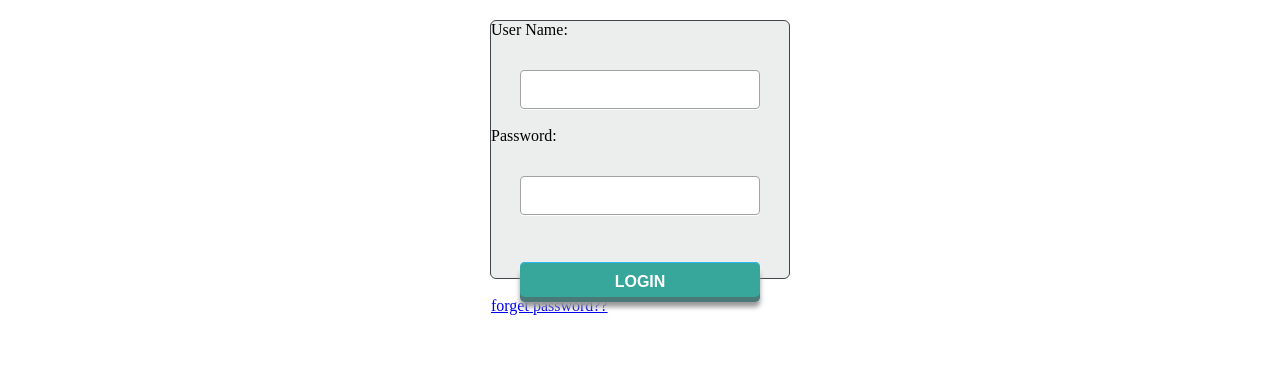
Repository: AmritOjha01/sms
Page: http://localhost/StudentManagementSystem/UserController?action=listUser
An editor plug-in stored every save of this project. The page is shown before and after the next save, followed by the edit.
The browser window is 1280 px wide. The pictures show the whole page.
The page is served by Tomcat 9. Other server files are loaded and not shown.

Above is the page before, as saved 2017-03-27 11:32:44.

### StudentManagementSystem/WebContent/login.jsp
<%@ page language="java" contentType="text/html; charset=ISO-8859-1"
	pageEncoding="ISO-8859-1"%>
<!DOCTYPE html PUBLIC "-//W3C//DTD HTML 4.01 Transitional//EN" "http://www.w3.org/TR/html4/loose.dtd">
<html>
<head>
<meta http-equiv="Content-Type" content="text/html; charset=ISO-8859-1">
<title>Insert title here</title>
<link rel="stylesheet" type="text/css"
	href="resources/customcss/demo.css">
</head>
<body>
	<div class="login">
		<form action="LoginController" method="post">
			User Name: <input type="text" name="uName" class="css-style "><br>
			<br> Password: <input type="password" name="pass"
				class="css-style "><br> <br> <input type="submit"
				value="Login"> <a href="LoginController?action=getpassword">forget
				password??</a>
		</form>
	</div>
</body>
</html>

### StudentManagementSystem/src/com/krishna/sis/controller/UserController.java
package com.krishna.sis.controller;

import java.io.IOException;
import java.text.ParseException;
import java.text.SimpleDateFormat;
import java.util.Date;

import javax.servlet.RequestDispatcher;
import javax.servlet.ServletException;
import javax.servlet.annotation.WebServlet;
import javax.servlet.http.HttpServlet;
import javax.servlet.http.HttpServletRequest;
import javax.servlet.http.HttpServletResponse;
import javax.servlet.http.HttpSession;

import com.krishna.sis.dto.UserDTO;
import com.krishna.sis.service.UserService;
import com.krishna.sis.service.UserServiceImpl;
import com.krishna.sis.util.EmailUtility;

@WebServlet("/UserController")
public class UserController extends HttpServlet {
	private static final long serialVersionUID = 1L;
	private static String INSERT_OR_EDIT = "/userCreate.jsp";
	private static String LIST_USER = "/userList.jsp";
	private static String LOGIN = "/login.jsp";
	private static String PREVIOUS_PWD = "/previousUserPassword.jsp";

	private UserService userService;

	public UserController() {
		super();
		userService = new UserServiceImpl();
	}

	protected void doGet(HttpServletRequest request, HttpServletResponse response)
			throws ServletException, IOException {
		String forward = "";
		String name = "";
		HttpSession session = request.getSession(false);
		if (session != null)
			name = (String) session.getAttribute("uname");
		else
			name = null;
		if (name != null) {
			String action = request.getParameter("action");

			if (action.equalsIgnoreCase("delete")) {
				int userId = Integer.parseInt(request.getParameter("userid"));
				userService.deleteUser(userId);
				forward = LIST_USER;
				request.setAttribute("users", userService.getAllUsers());
			} else if (action.equalsIgnoreCase("edit")) {
				forward = INSERT_OR_EDIT;
				int userId = Integer.parseInt(request.getParameter("userid"));
				UserDTO user = userService.getUserById(userId);
				request.setAttribute("user", user);
			} else if (action.equalsIgnoreCase("listUser")) {
				forward = LIST_USER;
				request.setAttribute("users", userService.getAllUsers());
			} else if (action.equalsIgnoreCase("insert")) {
				forward = INSERT_OR_EDIT;
			} else {
				forward = PREVIOUS_PWD;

			}
		} else {
			forward = LOGIN;
		}
		RequestDispatcher view = request.getRequestDispatcher(forward);
		view.forward(request, response);
	}

	protected void doPost(HttpServletRequest request, HttpServletResponse response)
			throws ServletException, IOException {
		UserDTO userDTO = new UserDTO();
		userDTO.setFirstName(request.getParameter("firstName"));
		userDTO.setLastName(request.getParameter("lastName"));
		userDTO.setUsername(request.getParameter("username"));
		userDTO.setPassword(request.getParameter("password"));
		String dateOfBirth = request.getParameter("dob");
		try {
			Date dob = new SimpleDateFormat("yyyy-MM-dd").parse(dateOfBirth);
			userDTO.setDob(dob);
		} catch (ParseException e) {
			e.printStackTrace();
		}
		userDTO.setEmail(request.getParameter("email"));
		String userid = request.getParameter("userid");
		if (userid == null || userid.isEmpty()) {
			userService.saveUser(userDTO);
			EmailUtility.sendEmail(userDTO.getPassword());
		} else {
			userDTO.setUserId(Integer.parseInt(userid));
			userService.updateUser(userDTO);
		}

		RequestDispatcher view = request.getRequestDispatcher(LIST_USER);
		request.setAttribute("users", userService.getAllUsers());
		view.forward(request, response);
	}
}

### StudentManagementSystem/src/com/krishna/sis/service/UserServiceImpl.java
package com.krishna.sis.service;

import java.util.List;

import com.krishna.sis.dao.UserDao;
import com.krishna.sis.dao.UserDaoImpl;
import com.krishna.sis.dto.UserDTO;

public class UserServiceImpl implements UserService {

	UserDao userDao = new UserDaoImpl();

	@Override
	public boolean saveUser(UserDTO userDTO) {
		return userDao.saveUser(userDTO);
	}

	@Override
	public boolean updateUser(UserDTO userDTO) {
		return userDao.updateUser(userDTO);
	}

	@Override
	public List<UserDTO> getAllUsers() {
		return userDao.getAllUsers();
	}

	@Override
	public UserDTO getUserById(int userId) {
		return userDao.getUserById(userId);
	}

	@Override
	public void deleteUser(int userId) {
		userDao.deleteUser(userId);

	}

	@Override
	public UserDTO getUserByUserNameAndPassword(String username, String password) {
		return userDao.getUserByUserNameAndPassword(username, password);
	}

	@Override
	public UserDTO getPasswordByEmail(String email) {

		return userDao.getPasswordByEmail(email);
	}

	@Override
	public UserDTO getPasswordByPassword(String pwd) {

		return userDao.getPasswordByPassword(pwd);
	}

}

### StudentManagementSystem/src/com/krishna/sis/dao/UserDao.java
package com.krishna.sis.dao;

import java.util.List;

import com.krishna.sis.dto.UserDTO;

public interface UserDao {
	public boolean saveUser(UserDTO userDTO);

	public boolean updateUser(UserDTO userDTO);

	public List<UserDTO> getAllUsers();

	public UserDTO getUserById(int userId);

	public void deleteUser(int userId);

	public UserDTO getUserByUserNameAndPassword(String username, String password);

	public UserDTO getPasswordByEmail(String email);

	public UserDTO getPasswordByPassword(String pwd);
}

### StudentManagementSystem/src/com/krishna/sis/dao/UserDaoImpl.java
package com.krishna.sis.dao;

import java.sql.PreparedStatement;
import java.sql.ResultSet;
import java.util.ArrayList;
import java.util.List;

import com.krishna.sis.dto.UserDTO;
import com.krishna.sis.util.DbUtil;
import com.krishna.sis.util.QueryUtil;

public class UserDaoImpl implements UserDao {
	public boolean saveUser(UserDTO userDTO) {
		PreparedStatement ps = null;
		int savedUser = 0;
		try {
			ps = DbUtil.getConnection().prepareStatement(QueryUtil.CREATE_USER);
			// ps.setNull(1, java.sql.Types.INTEGER);
			ps.setString(1, userDTO.getFirstName());
			ps.setString(2, userDTO.getLastName());
			ps.setString(3, userDTO.getEmail());
			ps.setDate(4, new java.sql.Date(userDTO.getDob().getTime()));
			ps.setString(5, userDTO.getUsername());
			ps.setString(6, userDTO.getPassword());
			savedUser = ps.executeUpdate();

		} catch (Exception ex) {
			ex.printStackTrace();
		} finally {
			DbUtil.closeAll(ps);
		}
		if (savedUser >= 1) {
			return true;
		}
		return false;
	}

	public boolean updateUser(UserDTO userDTO) {
		PreparedStatement ps = null;
		int uUpdated = 0;
		try {
			ps = DbUtil.getConnection().prepareStatement(QueryUtil.UPDATE_USER);
			ps.setString(1, userDTO.getFirstName());
			ps.setString(2, userDTO.getLastName());
			ps.setString(3, userDTO.getEmail());
			ps.setDate(4, new java.sql.Date(userDTO.getDob().getTime()));
			ps.setString(5, userDTO.getPassword());
			ps.setInt(6, userDTO.getUserId());
			uUpdated = ps.executeUpdate();
		} catch (Exception ex) {
			ex.printStackTrace();
		} finally {
			DbUtil.closeAll(ps);
		}
		if (uUpdated >= 1) {
			return true;
		}
		return false;
	}

	public List<UserDTO> getAllUsers() {
		List<UserDTO> users = new ArrayList<UserDTO>();
		PreparedStatement ps = null;
		try {
			ps = DbUtil.getConnection().prepareStatement(QueryUtil.GET_ALL_USER);
			ResultSet rs = ps.executeQuery();
			while (rs.next()) {
				UserDTO userDTO = new UserDTO();
				userDTO.setUserId(rs.getInt("user_id"));
				userDTO.setFirstName(rs.getString("first_name"));
				userDTO.setLastName(rs.getString("last_name"));
				userDTO.setDob(rs.getDate("dob"));
				userDTO.setEmail(rs.getString("email"));
				userDTO.setUsername(rs.getString("username"));
				users.add(userDTO);
			}
		} catch (Exception ex) {
			ex.printStackTrace();
		} finally {
			DbUtil.closeAll(ps);
		}

		return users;
	}

	public UserDTO getUserById(int userId) {
		UserDTO user = new UserDTO();
		PreparedStatement ps = null;
		try {
			ps = DbUtil.getConnection().prepareStatement(QueryUtil.GET_USER_BY_ID);
			ps.setInt(1, userId);
			ResultSet rs = ps.executeQuery();
			if (rs.next()) {
				user.setUserId(rs.getInt("user_id"));
				user.setFirstName(rs.getString("first_name"));
				user.setLastName(rs.getString("last_name"));
				user.setDob(rs.getDate("dob"));
				user.setEmail(rs.getString("email"));
				user.setUsername(rs.getString("username"));
			}
		} catch (Exception ex) {
			ex.printStackTrace();
		} finally {
			DbUtil.closeAll(ps);
		}
		return user;
	}

	public void deleteUser(int userId) {
		PreparedStatement ps = null;
		try {
			ps = DbUtil.getConnection().prepareStatement(QueryUtil.DELETE_USER);
			ps.setInt(1, userId);
			ps.executeUpdate();

		} catch (Exception ex) {
			ex.printStackTrace();
		} finally {
			DbUtil.closeAll(ps);
		}
	}

	public UserDTO getUserByUserNameAndPassword(String username, String password) {
		UserDTO user = new UserDTO();
		PreparedStatement ps = null;
		try {
			ps = DbUtil.getConnection().prepareStatement(QueryUtil.GET_USER_BY_USERNAME_AND_PASSWORD);
			ps.setString(1, username);
			ps.setString(2, password);
			ResultSet rs = ps.executeQuery();
			if (rs.next()) {
				user.setUserId(rs.getInt("user_id"));
				user.setUsername(rs.getString("username"));
				user.setPassword(rs.getString("password"));
			}
		} catch (Exception ex) {
			ex.printStackTrace();
		} finally {
			DbUtil.closeAll(ps);
		}
		return user;
	}

	@Override
	public UserDTO getPasswordByEmail(String email) {
		UserDTO user = new UserDTO();
		PreparedStatement ps = null;
		try {
			ps = DbUtil.getConnection().prepareStatement(QueryUtil.GET_BY_EMAIL);
			ps.setString(1, email);
			ResultSet rs = ps.executeQuery();
			if (rs.next()) {
				user.setUserId(rs.getInt("user_id"));
				user.setFirstName(rs.getString("first_name"));
				user.setLastName(rs.getString("last_name"));
				user.setDob(rs.getDate("dob"));
				user.setEmail(rs.getString("email"));
				user.setUsername(rs.getString("username"));
				user.setPassword(rs.getString("password"));
			}
		} catch (Exception ex) {
			ex.printStackTrace();
		} finally {
			DbUtil.closeAll(ps);
		}
		return user;
	}

	@Override
	public UserDTO getPasswordByPassword(String pwd) {

		UserDTO user = new UserDTO();
		PreparedStatement ps = null;
		try {
			ps = DbUtil.getConnection().prepareStatement(QueryUtil.GET_PASSWORD_BY_PASSWORD);
			ps.setString(1, pwd);
			ResultSet rs = ps.executeQuery();
			if (rs.next()) {
				user.setUserId(rs.getInt("user_id"));
				user.setFirstName(rs.getString("first_name"));
				user.setLastName(rs.getString("last_name"));
				user.setDob(rs.getDate("dob"));
				user.setEmail(rs.getString("email"));
				user.setUsername(rs.getString("username"));
				user.setPassword(rs.getString("password"));
			}
		} catch (Exception ex) {
			ex.printStackTrace();
		} finally {
			DbUtil.closeAll(ps);
		}
		return user;
	}
}

### StudentManagementSystem/WebContent/resources/customcss/demo.css
@CHARSET "ISO-8859-1";
html {
	height: 100%
}

::-moz-selection {
	background: #fe57a1;
	color: #fff;
	text-shadow: none;
}

::selection {
	background: #fe57a1;
	color: #fff;
	text-shadow: none;
}

body {
	background-image: radial-gradient(cover, rgba(92, 100, 111, 1) 0%,
		rgba(31, 35, 40, 1) 100%), url('http://i.minus.com/io97fW9I0NqJq.png')
}

.login {
	background: #eceeee;
	border: 1px solid #42464b;
	border-radius: 6px;
	height: 257px;
	margin: 20px auto 0;
	width: 298px;
}

.login h1 {
	background-image: linear-gradient(top, #f1f3f3, #d4dae0);
	border-bottom: 1px solid #a6abaf;
	border-radius: 6px 6px 0 0;
	box-sizing: border-box;
	color: #727678;
	display: block;
	height: 43px;
	font: 600 14px/1 'Open Sans', sans-serif;
	padding-top: 14px;
	margin: 0;
	text-align: center;
	text-shadow: 0 -1px 0 rgba(0, 0, 0, 0.2), 0 1px 0 #fff;
}

input[type="password"], input[type="text"] {
	background: url('http://i.minus.com/ibhqW9Buanohx2.png') center left
		no-repeat, linear-gradient(top, #d6d7d7, #dee0e0);
	border: 1px solid #a1a3a3;
	border-radius: 4px;
	box-shadow: 0 1px #fff;
	box-sizing: border-box;
	color: #696969;
	height: 39px;
	margin: 31px 0 0 29px;
	padding-left: 37px;
	transition: box-shadow 0.3s;
	width: 240px;
}

input[type="password"]:focus, input[type="text"]:focus {
	box-shadow: 0 0 4px 1px rgba(55, 166, 155, 0.3);
	outline: 0;
}

.show-password {
	display: block;
	height: 16px;
	margin: 26px 0 0 28px;
	width: 87px;
}

input[type="checkbox"] {
	cursor: pointer;
	height: 16px;
	opacity: 0;
	position: relative;
	width: 64px;
}

input[type="checkbox"]:checked {
	left: 29px;
	width: 58px;
}

.toggle {
	background: url(http://i.minus.com/ibitS19pe8PVX6.png) no-repeat;
	display: block;
	height: 16px;
	margin-top: -20px;
	width: 87px;
	z-index: -1;
}

input[type="checkbox"]:checked+.toggle {
	background-position: 0 -16px
}

.forgot {
	color: #7f7f7f;
	display: inline-block;
	float: right;
	font: 12px/1 sans-serif;
	left: -19px;
	position: relative;
	text-decoration: none;
	top: 5px;
	transition: color .4s;
}

.forgot:hover {
	color: #3b3b3b
}

input[type="submit"] {
	width: 240px;
	height: 35px;
	display: block;
	font-family: Arial, "Helvetica", sans-serif;
	font-size: 16px;
	font-weight: bold;
	color: #fff;
	text-decoration: none;
	text-transform: uppercase;
	text-align: center;
	text-shadow: 1px 1px 0px #37a69b;
	padding-top: 6px;
	margin: 29px 0 0 29px;
	position: relative;
	cursor: pointer;
	border: none;
	background-color: #37a69b;
	background-image: linear-gradient(top, #3db0a6, #3111);
	border-top-left-radius: 5px;
	border-top-right-radius: 5px;
	border-bottom-right-radius: 5px;
	border-bottom-left-radius: 5px;
	box-shadow: inset 0px 1px 0px #2ab7ec, 0px 5px 0px 0px #497a78, 0px 10px
		5px #999;
}

.shadow {
	background: #000;
	border-radius: 12px 12px 4px 4px;
	box-shadow: 0 0 20px 10px #000;
	height: 12px;
	margin: 30px auto;
	opacity: 0.2;
	width: 270px;
}

input[type="submit"]:active {
	top: 3px;
	box-shadow: inset 0px 1px 0px #2ab7ec, 0px 2px 0px 0px #31524d, 0px 5px
		3px #999;
}

After the next save:
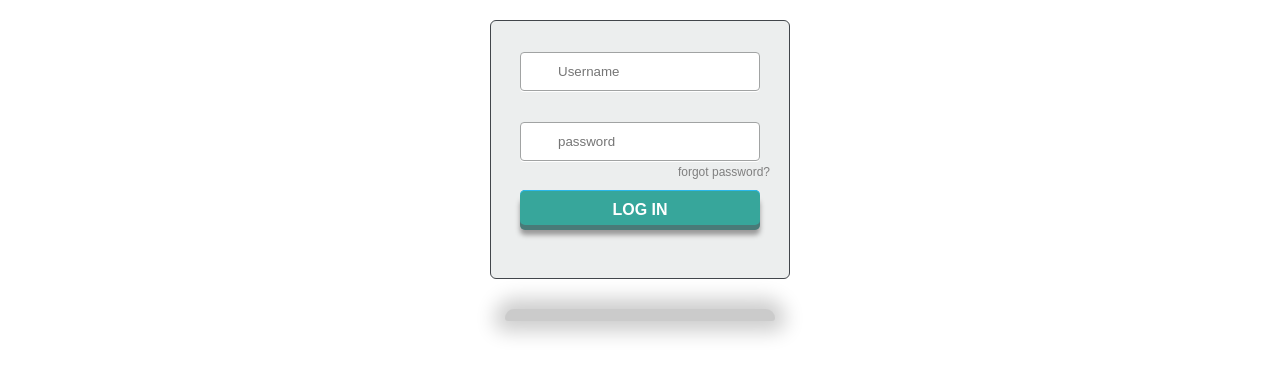
Saved 105 s later.
--- a/StudentManagementSystem/WebContent/login.jsp
+++ b/StudentManagementSystem/WebContent/login.jsp
@@ -11,12 +11,13 @@
 <body>
 	<div class="login">
 		<form action="LoginController" method="post">
-			User Name: <input type="text" name="uName" class="css-style "><br>
-			<br> Password: <input type="password" name="pass"
-				class="css-style "><br> <br> <input type="submit"
-				value="Login"> <a href="LoginController?action=getpassword">forget
-				password??</a>
+			<input type="text" placeholder="Username" id="uName"> <input
+				type="password" placeholder="password" id="pass"> <a
+				href="LoginController?action=getpassword" class="forgot">forgot
+				password?</a> <input type="submit" value="Log In">
 		</form>
 	</div>
+	<div class="shadow"></div>
+
 </body>
 </html>
